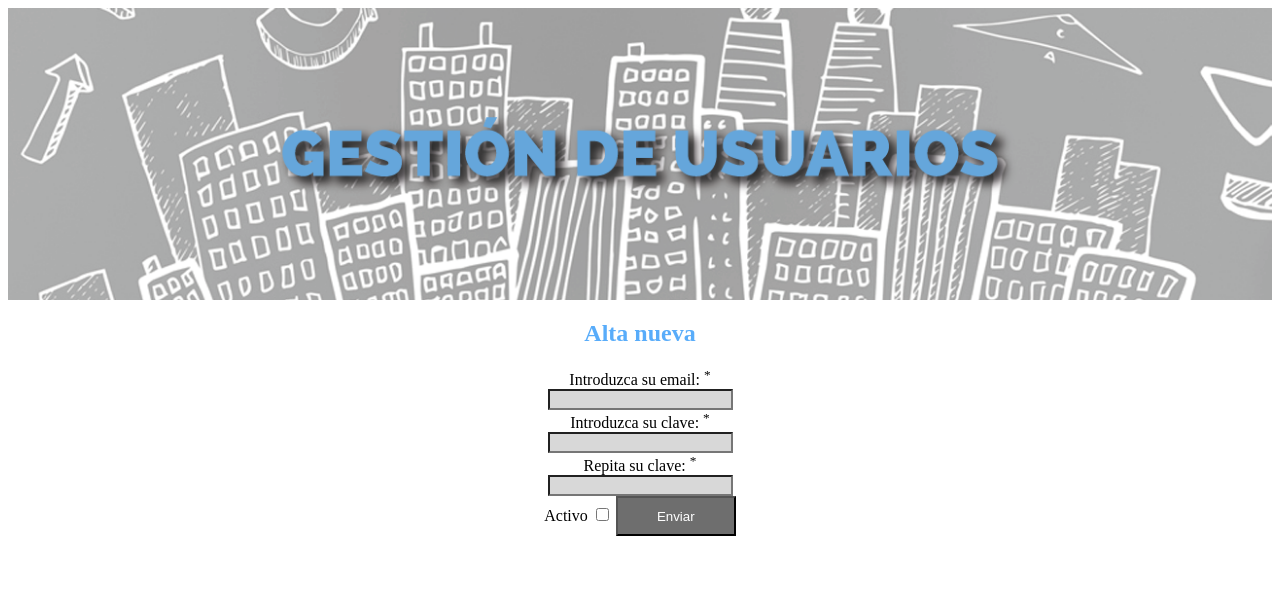
Repository: maguria/usuariosmj
Page: http://localhost/usuario/altaper.php
The author's editor kept a record of every edit. The page is drawn from the files as they stood at one moment, then again after the next edit.
The browser window is 1280 px wide. The pictures show the whole page.
The page is run by PHP 8.4 with error messages shown; the project is at /var/www/html/.

Above is the page before.

### usuario/altaper.php
<?php
    require '../clases/AutoCarga.php';
    $sesion=new Session();
?>
<html>
    <head>
        <meta charset="UTF-8">
         <link rel="stylesheet" href="../css/main.css"/>
        <title></title>
    </head>
    <body>
         <div class="index">
        <div class="fondo"><img src="../images/fondo.png"/></div>
        <div class="engloba">
        <h2>Alta nueva</h2>

            <form action="phpaltaper.php" method="POST">
            <label>Introduzca su email: <sup>*</sup><br/></label>
            <input type="text" name="email"/><br/>
            <label>Introduzca su clave: <sup>*</sup><br/></label>
            <input type="password" name="clave"/><br/>
            <label>Repita su clave: <sup>*</sup><br/></label>
            <input type="password" name="clave2"/><br/>
            Activo <input type="checkbox" name="activo" class="check">

            <input type="submit" name="registrar" value="Enviar" class="enviar"/>
 </form>
   </div>
</div>
</body>
</html>

### clases/AutoCarga.php
<?php


class AutoCarga {

 static public function cargar($clase) {
 $archivo = "../clases/" . str_replace('\\', '/', $clase) . ".php";
 if (file_exists($archivo)) {
 require $archivo;
 }

 }
}
 spl_autoload_register('AutoCarga::cargar');




?>

### clases/Session.php
<?php
class Session {
    private static $iniciada = false;
    function __construct($nombre = null) {
        if (!self::$iniciada){
            if($nombre!=null){
                session_name($nombre);
            }
            session_start();
            //$this->_control();
        }
        self::$iniciada = true;
    }
    private function _control() {
        $ip = $this->get('_ip');
        $cliente = $this->get('_cliente');
        if ($ip == null && $cliente == null) {
            $this->set('_ip', Server::getClientAddress());
            $this->set('_cliente', Server::getUserAgent());
        } else {
            if ($ip != Server::getClientAddress() || $cliente != Server::getUserAgent()) {
                $this->destroy();
            }
        }
    }

    function isLogged(){
        return $this->getUser()!=null;
    }
    function get($nombre) {
        if (isset($_SESSION[$nombre])) {
            return $_SESSION[$nombre];
        }
        return null;
    }

    function getUser(){
        return $this->get("_usuario");
    }
    function set($nombre, $valor) {
        $_SESSION[$nombre] = $valor;
    }
    function setUser(Usuario $usuario){
        $this->set("_usuario", $usuario);
    }

    function delete($nombre) {
        if (isset($_SESSION[$nombre])) {
            unset($_SESSION[$nombre]);
        }
    }
    function destroy() {
        session_destroy();
    }
    //El segundo parametro nos manda al sitio y hacemos un exit
    function sendRedirect($destino = "index.php", $final = true){
        header("Location: $destino");
        if($final ===true){
            exit();
        }
    }
    function getPacienteSas(){
        $this->get("_paciente");
    }
    function setPacienteSas(PacienteSas $pacienteSas){
        $this->set("_pacienteSas",$pacienteSas);
    }


}

### css/main.css
@font-face {
    font-family:'socialshapes';
    src: url(../tipografia/socialshapes.ttf);
}

.body{
    width:90%;
}

.index{
    text-align:center;
    width:100%;
}
.fondo{
    width:100%;
}

.fondo img{
    width:100%;
}

.formu{
    width:33%;
    margin-top:2%;
    float:left;
}
.grande{
    width:140px;
    height:50px;
    background-color:#58ACFA;
    color:white;
}

.enviar{
    width:120px;
    height:40px;
    background-color:#6E6E6E;
    color:white;
}
a{
    text-decoration:none;
    color:#58ACFA;
    font-weight:bold;
}
h2{
    color:#58ACFA;
}

.englobaadmin{
    width:100%;
    text-align:center;
    display:flex;
    justify-content:center;
}
.ad{
    width:25%;
    float:left;
}
.adper{
    width:33%;
    float:left;
}
.sesion{
    background-color:#424242;
    color:white;
    width:120px;
    height:40px;
}

.pagina{
    text-align:center;
}
.page{
    width:19.2%;
    background-color:#585858;
    color:white;
}
.pagedos{
    background-color:#1C1C1C;
}

.th{
    background-color:#58ACFA;
    color:white;
}

.blanco{
    color:white;
    margin-top:1%;
}

.thdos{
    background-color:#81BEF7;
    color:white;
}
.botonazul{
    background-color:#A9D0F5;
    color:#424242;
}
.tabla{
    float:left;
    margin-top:3%;
    background-color:100%;
}

.adusu{
    width:50%;
    float:left;
}

h3{
    color:#585858;
}
.google{
    display:flex;
    justify-content:center;
    width:100%;
    text-align:center;
}
.redes{
    font-family:'socialshapes';
    font-size:2.5em;
    color:black;
}
input{
    background-color:#D8D8D8;
}
.centratabla{
    display:flex;
    justify-content:center;
    flex-flow:row wrap;

}
.tb{
    width:100%;
}
.foto{
    width:80%;
    height:120px;
    margin-top:3%;
}
.foto img{
    width:70%;
}
.capafoto{
    width:45%;
    float:left;
}

After the next edit:
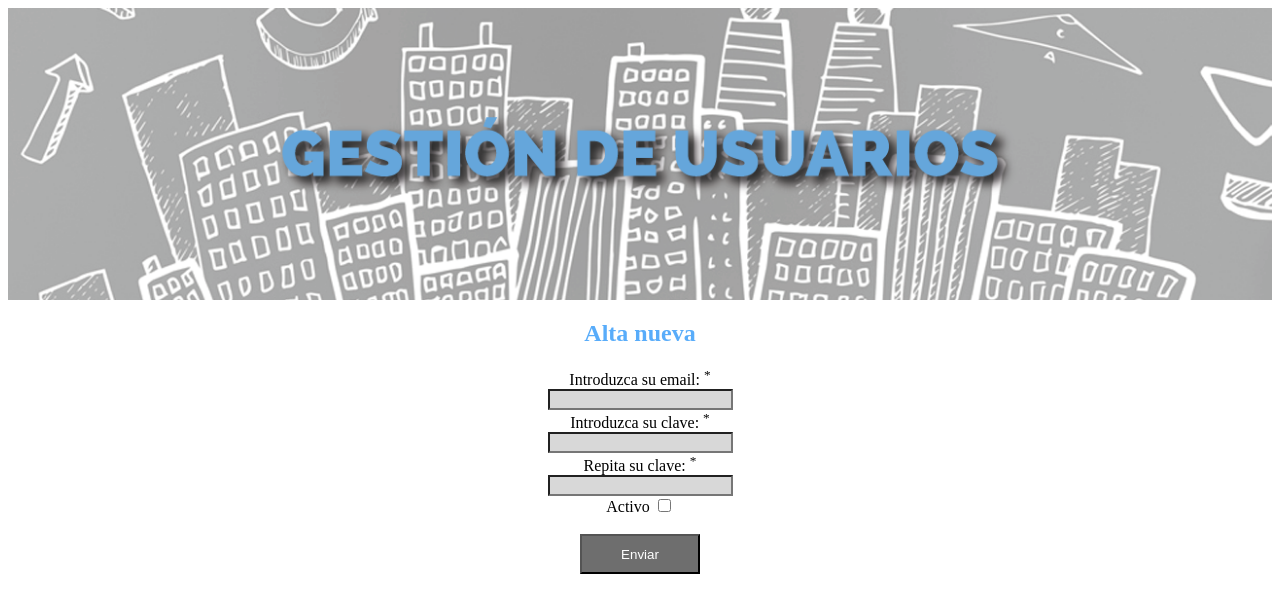
The edit:
--- a/usuario/altaper.php
+++ b/usuario/altaper.php
@@ -21,7 +21,7 @@
             <input type="password" name="clave"/><br/>
             <label>Repita su clave: <sup>*</sup><br/></label>
             <input type="password" name="clave2"/><br/>
-            Activo <input type="checkbox" name="activo" class="check">
+            Activo <input type="checkbox" name="activo" class="check"><br/><br/>
 
             <input type="submit" name="registrar" value="Enviar" class="enviar"/>
  </form>
